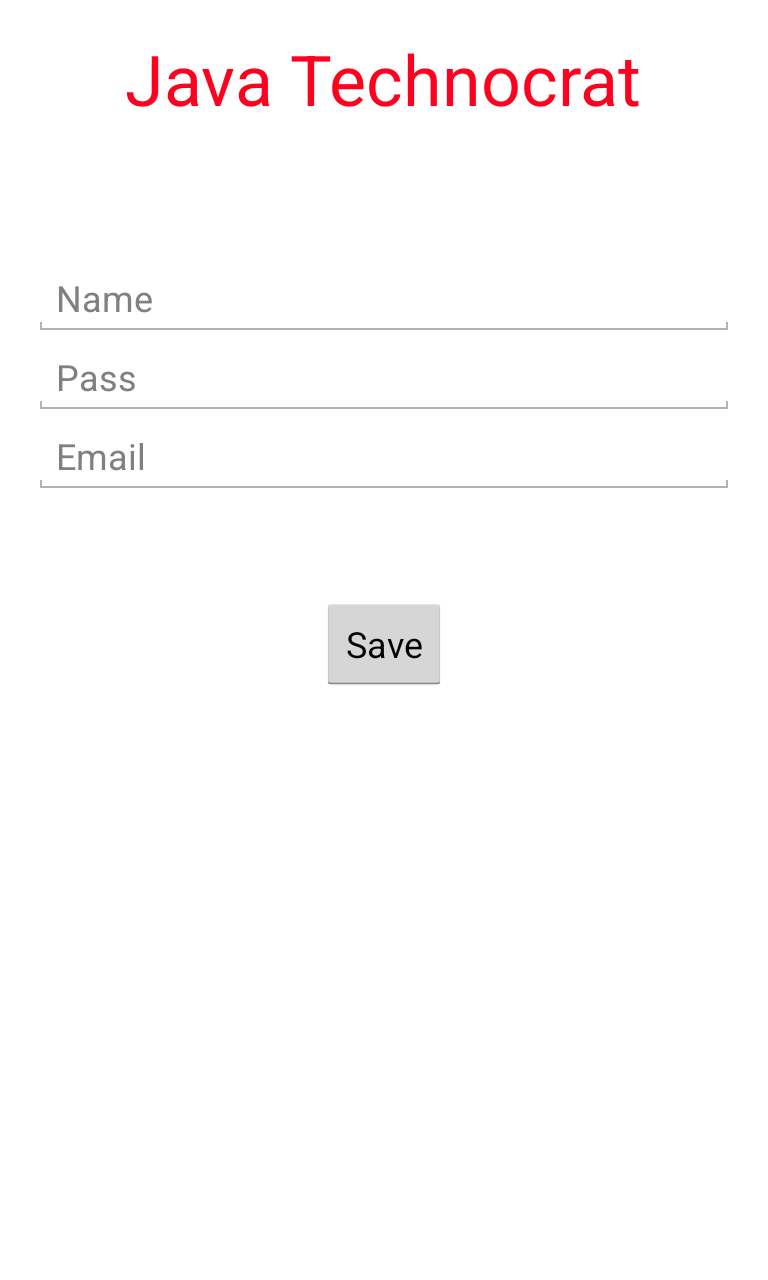
Repository: yashmoda/Android-Practice
Layout: SharedPreferenceDemo/res/layout/activity_main.xml
These files come from the project's save history. The layout is drawn as it stood at one moment and after the next save; the edit follows.
It is drawn on a 768 x 1280 px phone screen (xhdpi) without system bars, with theme AppTheme; the app's code is not run. The app's manifest (not shown) leaves right-to-left support off. So textAlignment, textDirection and layoutDirection are ignored, and left and right values win over start and end ones.

Above is the layout before, as saved 2017-06-15 05:03:09.

### SharedPreferenceDemo/res/layout/activity_main.xml
<RelativeLayout xmlns:android="http://schemas.android.com/apk/res/android"
    xmlns:tools="http://schemas.android.com/tools"
    android:layout_width="match_parent"
    android:layout_height="match_parent"
    android:paddingBottom="@dimen/activity_vertical_margin"
    android:paddingLeft="@dimen/activity_horizontal_margin"
    android:paddingRight="@dimen/activity_horizontal_margin"
    android:paddingTop="@dimen/activity_vertical_margin"
    tools:context="com.example.sharedpreferencedemo.MainActivity" >


   <TextView
      android:layout_width="wrap_content"
      android:layout_height="wrap_content"
      android:text="Java Technocrat"
      android:id="@+id/textView2"
      android:layout_below="@+id/textView"
      android:layout_centerHorizontal="true"
      android:textSize="35dp"
      android:textColor="#ff001f" />

   <EditText
      android:layout_width="wrap_content"
      android:layout_height="wrap_content"
      android:id="@+id/editText"
      android:layout_below="@+id/textView2"
      android:layout_marginTop="67dp"
      android:hint="Name"
      android:layout_alignParentRight="true"
      android:layout_alignParentEnd="true"
      android:layout_alignParentLeft="true"
      android:layout_alignParentStart="true" />

   <EditText
      android:layout_width="wrap_content"
      android:layout_height="wrap_content"
      android:id="@+id/editText2"
      android:layout_below="@+id/editText"
      android:layout_alignParentLeft="true"
      android:layout_alignParentStart="true"
      android:layout_alignParentRight="true"
      android:layout_alignParentEnd="true"
      android:hint="Pass" />

   <EditText
      android:layout_width="wrap_content"
      android:layout_height="wrap_content"
      android:id="@+id/editText3"
      android:layout_below="@+id/editText2"
      android:layout_alignParentLeft="true"
      android:layout_alignParentStart="true"
      android:layout_alignParentRight="true"
      android:layout_alignParentEnd="true"
      android:hint="Email" />

   <Button
      android:layout_width="wrap_content"
      android:layout_height="wrap_content"
      android:text="Save"
      android:id="@+id/button"
      android:layout_below="@+id/editText3"
      android:layout_centerHorizontal="true"
      android:layout_marginTop="50dp" />

</RelativeLayout>

Loaded but not shown: SharedPreferenceDemo/res/values/styles.xml (common file); SharedPreferenceDemo/res/values-v11/styles.xml (common file); SharedPreferenceDemo/res/values-v14/styles.xml (common file); SharedPreferenceDemo/res/values/dimens.xml (common file); SharedPreferenceDemo/res/values-w820dp/dimens.xml (common file)

After the next save:
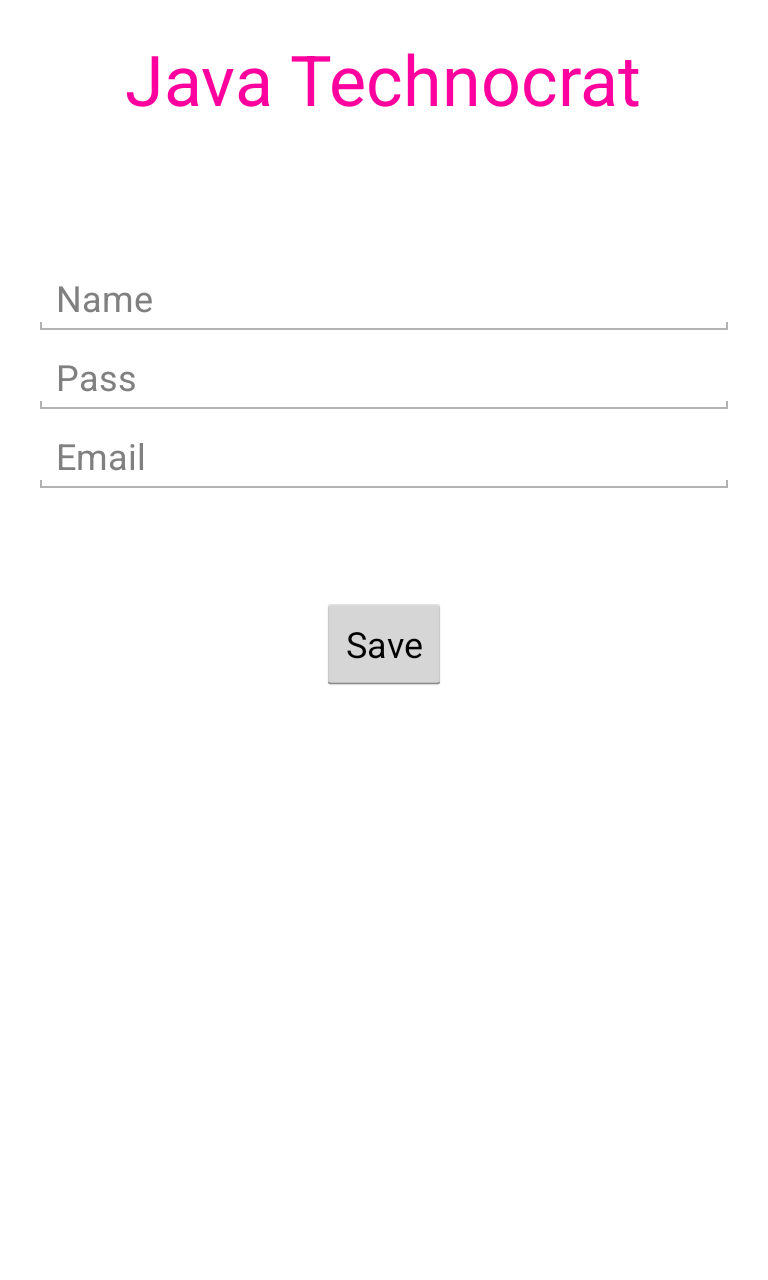
Saved 5 s later.
--- a/SharedPreferenceDemo/res/layout/activity_main.xml
+++ b/SharedPreferenceDemo/res/layout/activity_main.xml
@@ -17,7 +17,7 @@
       android:layout_below="@+id/textView"
       android:layout_centerHorizontal="true"
       android:textSize="35dp"
-      android:textColor="#ff001f" />
+      android:textColor="#ff009f" />
 
    <EditText
       android:layout_width="wrap_content"
